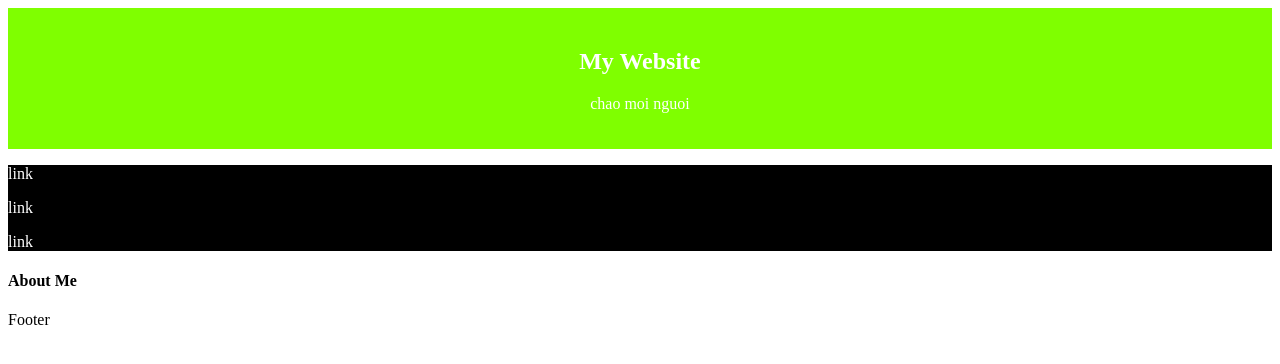
Repository: Lehuyhuynh/BTH2-CSS
Page: BTH2/index,.html
An editor plug-in stored every save of this project. The page is shown before and after a run of saves, followed by the edit.
The browser window is 1280 px wide. The pictures show the whole page.

Above is the page before, as saved 2023-08-09 23:06:03.

After the next 3 saves:
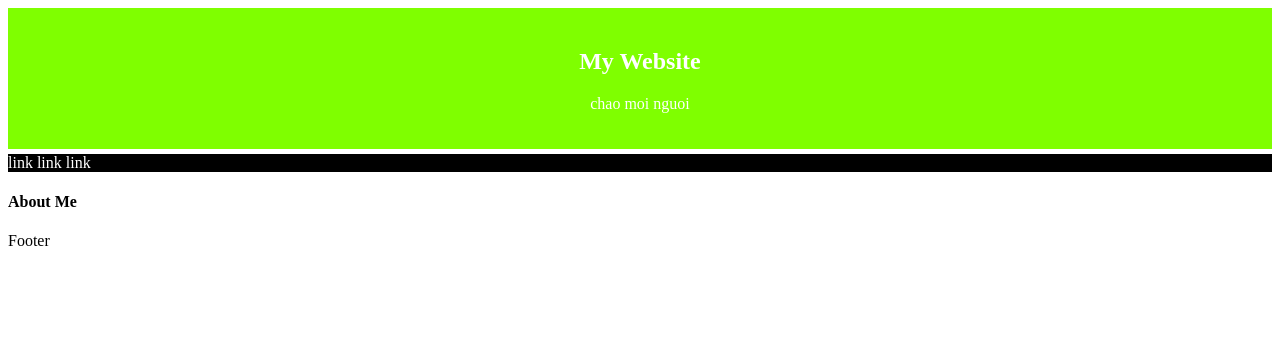
The 3 saves are shown as one change because they came seconds apart.
The last was saved 7 s later.
--- a/BTH2/style.css
+++ b/BTH2/style.css
@@ -15,5 +15,5 @@ p{
   background-color: black;
 }
 .head-link p{
-  display: flex;
+  display: inline;
 }
